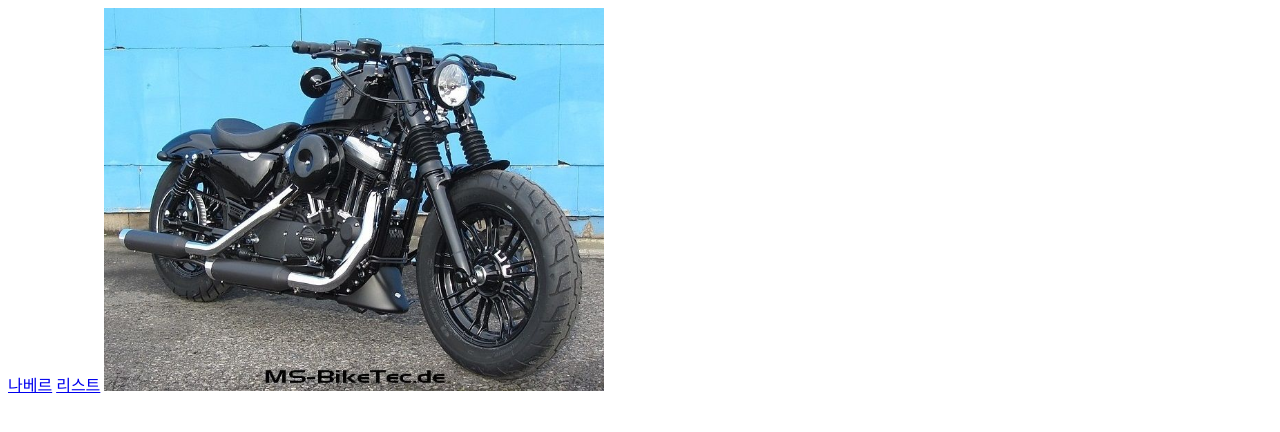
Repository: shouvoo/bitAcademy
Page: work/jsp/htmlProj/WebContent/basic/aTag.html
These files come from the project's save history. The page is drawn as it stood at one moment and after the next save; the edit follows.
The browser window is 1280 px wide. The pictures show the whole page.

Above is the page before, as saved 2017-09-25 08:29:12.

After the next save:
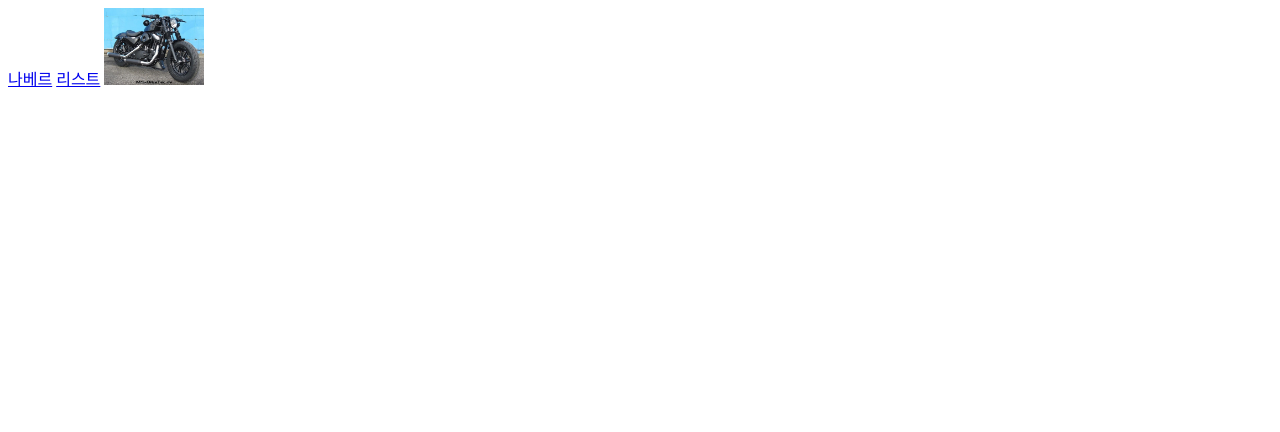
Saved 31 s later.
--- a/work/jsp/htmlProj/WebContent/basic/aTag.html
+++ b/work/jsp/htmlProj/WebContent/basic/aTag.html
@@ -10,7 +10,7 @@
 		<a href="list.html" target="_blank">리스트</a>
 
 		<a href="http://www.google.com" target="_blank">
-			<img alt="" src="../img/bike0.jpg" width="500">
+			<img alt="" src="../img/bike0.jpg" width="100">
 		</a>
 	</body>
 </html>
